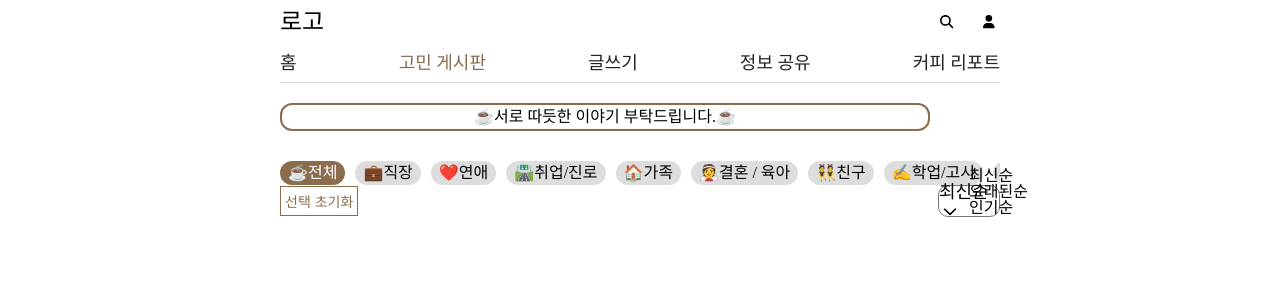
Repository: zlazlazla35/coffee
Page: /list
An editor plug-in stored every save of this project. The page is shown before and after the next save, followed by the edit.
The browser window is 1280 px wide. The pictures show the whole page.
Some web fonts or font styles are not loaded; a fallback is used. The project was rebuilt for these pictures with package versions that can differ from the ones it lists, and the page was loaded fresh each time. The framework's server and built-in components were replaced by stand-ins that run in the browser. Also part of the build but not shown: next.config.mjs.

Above is the page before, as saved 2024-12-26 18:28:27.

### src/app/layout.js
import { Geist, Geist_Mono } from "next/font/google";
import "./globals.css";
import Link from "next/link";
import { FontAwesomeIcon } from '@fortawesome/react-fontawesome'
import { faMagnifyingGlass, faUser } from '@fortawesome/free-solid-svg-icons'
import NavMenu from "./component/NavMenu";

const geistSans = Geist({
  variable: "--font-geist-sans",
  subsets: ["latin"],
});

const geistMono = Geist_Mono({
  variable: "--font-geist-mono",
  subsets: ["latin"],
});

export const metadata = {
  title: "Create Next App",
  description: "Generated by create next app",
};

export default function RootLayout({ children }) {
  return (
    <html lang="en">
      <body className={`${geistSans.variable} ${geistMono.variable}`}>
        <div className="nav_bar">
          <div className="nav_bar_top">
            <Link className="logo" href={'/'}>로고</Link>
            <div className="userBox">
              <button>
                <FontAwesomeIcon icon={faMagnifyingGlass} />
              </button>
              <button>
                <FontAwesomeIcon icon={faUser} />
              </button>
            </div>
          </div>
          <div className="nav_bar_bottom">
          <NavMenu></NavMenu>
          </div>
        </div>
        {children}
      </body>
    </html>
  );
}

### src/app/list/page.js
'use client'
import { useState } from "react"
import { FontAwesomeIcon } from '@fortawesome/react-fontawesome'
import { faChevronDown } from '@fortawesome/free-solid-svg-icons'

export default function List() {
    let [tagList, setTagList] = useState(['☕전체', '💼직장', '❤️연애', '🛣️취업/진로', '🏠가족', '👰결혼 / 육아', '👯친구', '✍️학업/고시', '🚫중독', '💰사업 / 금전', '💉질병 / 질환']);
    let [tagActive, setTagActive] = useState([true, false, false, false, false, false, false, false, false, false, false])







    return (
        <div className="liset_page">
            <div className="top_border">
                ☕서로 따듯한 이야기 부탁드립니다.☕
            </div>
            <div className="tag">
                <ul className="tag_list">
                    {
                        tagList.map((item, i) => {

                            return (
                                <li className={tagActive[i] == true ? 'on' : null} key={i} onClick={(e) => {
                                    let copy = [...tagActive];

                                    if (copy[i] == false) {
                                        copy[i] = true;
                                        setTagActive(copy);
                                    } else {
                                        copy[i] = false;
                                        setTagActive(copy);
                                    }

                                    if (e.target.innerHTML !== '☕전체') {
                                        copy[0] = false;
                                        setTagActive(copy);
                                    } else {
                                        let copy2 = [true, false, false, false, false, false, false, false, false, false, false];
                                        setTagActive(copy2);
                                    }
                                }} >{item}</li>
                            )
                        })
                    }
                </ul>
            </div>
            <div className="filterBox">
                <button className="tag_reset">선택 초기화</button>
                <div className="filterSelectBox">
                    <h2 className="title">최신순<FontAwesomeIcon icon={faChevronDown} /></h2>
                    <ul className="filterSelect">
                        <li>최신순</li>
                        <li>오래된순</li>
                        <li>인기순</li>
                    </ul>
                </div>
            </div>
        </div>
    )
}

//

### src/app/globals.css
@font-face {
    font-family: 'Ownglyph_StudyHard-Rg';
    src: url('https://fastly.jsdelivr.net/gh/projectnoonnu/2411-3@1.0/Ownglyph_StudyHard-Rg.woff2') format('woff2');
    font-weight: normal;
    font-style: normal;
}
/* /styles/reset.css */
body {font-family: 'Ownglyph_StudyHard-Rg' !important;}
html, body, div, span, applet, object, iframe,
h1, h2, h3, h4, h5, h6, p, blockquote, pre,
a, abbr, acronym, address, big, cite, code,
del, dfn, em, img, ins, kbd, q, s, samp,
small, strike, strong, sub, sup, tt, var,
b, u, i, center,
dl, dt, dd, ol, ul, li,
fieldset, form, label, legend,
table, caption, tbody, tfoot, thead, tr, th, td,
article, aside, canvas, details, embed,
figure, figcaption, footer, header, hgroup,
menu, nav, output, ruby, section, summary,
time, mark, audio, video {
	margin: 0;
	padding: 0;
	border: 0;
	font-size: 100%;
	font: inherit;
	vertical-align: baseline;
}
/* HTML5 display-role reset for older browsers */
article, aside, details, figcaption, figure,
footer, header, hgroup, menu, nav, section {
	display: block;
}
body {
	line-height: 1;
}
ol, ul {
	list-style: none;
}
blockquote, q {
	quotes: none;
}
blockquote:before, blockquote:after,
q:before, q:after {
	content: '';
	content: none;
}
table {
	border-collapse: collapse;
	border-spacing: 0;
}
input:focus {outline: none;}
a {text-decoration: none; color: inherit;}


.nav_bar {width: 100%; max-width: 720px; margin: 0 auto;}
.nav_bar .nav_bar_top {width: 100%; display: flex; align-items: center; justify-content: space-between; box-sizing: border-box; padding: 10px 0; }
.nav_bar .nav_bar_top .logo {font-size: 24px; }
.nav_bar .nav_bar_top .userBox {display: flex; align-items: center;}
.nav_bar .nav_bar_top .userBox button {width: 22px; display: block; background: none; border: none; padding: 0;}
.nav_bar .nav_bar_top .userBox button {margin-right: 20px;}
.nav_bar .nav_bar_top .userBox button:last-child {margin-right: 0;}
.nav_bar .nav_bar_bottom {width: 100%; }
.nav_bar .nav_bar_bottom .nav_list {display: flex; align-items: center; justify-content: space-between; box-sizing: border-box; padding: 10px 0; border-bottom: 1px solid #ddd;}
.nav_bar .nav_bar_bottom .nav_list li { font-size: 18px; color: #232323; }
.nav_bar .nav_bar_bottom .nav_list li a.active {color: #8b6d4e; }


.liset_page {width: 100%; max-width: 720px; margin: 0 auto;}
.liset_page .top_border {width: 100%; max-width: 650px; border: 2px solid #8b6d4e; border-radius: 12px; display: flex; align-items: center; justify-content: center; font-size: 16px; box-sizing: border-box; padding: 4px; margin: 20px 0 30px;}
.liset_page .tag {width: 100%;}
.liset_page .tag .tag_list {width: 100%; display: flex; align-items: center; white-space: nowrap; overflow-x: scroll;}
.liset_page .tag .tag_list::-webkit-scrollbar {height: 8px;}
.liset_page .tag .tag_list::-webkit-scrollbar-thumb {background: #a89f96; border-radius: 10px; }
.liset_page .tag .tag_list::-webkit-scrollbar-track {background: rgba(123, 87, 8, 0.1); }
.liset_page .tag .tag_list li {background: #ddd; font-size: 16px; box-sizing: border-box; padding: 4px 8px; border-radius: 12px; margin-right: 10px; cursor: pointer;}
.liset_page .tag .tag_list li:last-child {margin-right: 0;}
.liset_page .tag .tag_list li.on {background: #8b6d4e; color: #fff;}
.liset_page .filterBox {width: 100%; display: flex; align-items: center; justify-content: space-between;}
.liset_page .filterBox .filterSelectBox {display: flex; position: relative; border: 1px solid #787878; border-radius: 10px; width: 100%; max-width: 60px; height: 30px; align-items: center; justify-content: center;}
.liset_page .filterBox .filterSelectBox .title {font-size: 18px;}
.liset_page .filterBox .filterSelectBox .title svg {font-size: 14px; margin-left: 4px;}
.liset_page .filterBox .filterSelectBox .filterSelect {position: absolute; left: 50%; bottom: 0; width: 100%;}

.liset_page .filterBox .tag_reset{display: inline-block; box-sizing: border-box; padding: 4px; border: 1px solid #8b6d4e; background: none; color: #8b6d4e; font-size: 14px; }

### src/app/component/NavMenu.js
'use client'

import Link from "next/link";
import { usePathname } from "next/navigation";

export default function NavMenu() {
    const pathname = usePathname();

    return (
        <ul className="nav_list">
            <li>
                <Link href={'/'}>홈</Link>
            </li>
            <li>
                <Link className={pathname == '/list'? 'active' : null} href={'/list'}>고민 게시판</Link>
            </li>
            <li>
                <Link className={pathname == '/writing'? 'active' : null} href={'/writing'}>글쓰기</Link>
            </li>
            <li>
                <Link className={pathname == '/share'? 'active' : null} href={'/share'}>정보 공유</Link>
            </li>
            <li>
                <Link className={pathname == '/report'? 'active' : null} href={'/report'}>커피 리포트</Link>
            </li>
        </ul>
    )
}

After the next save:
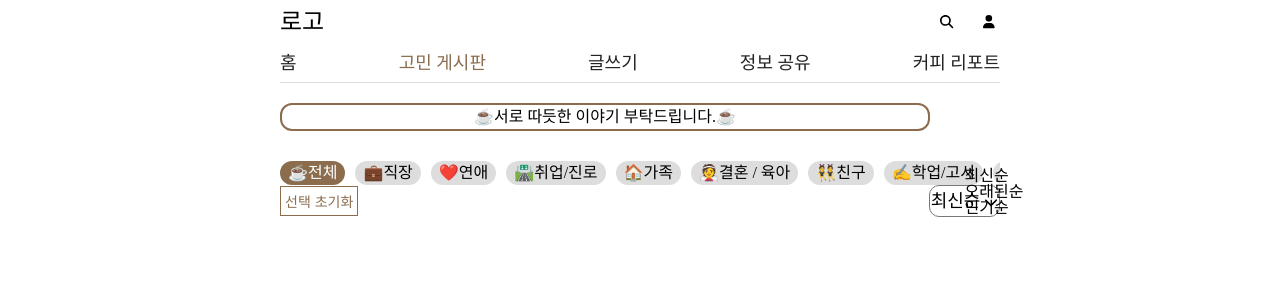
Saved 11 s later.
--- a/src/app/globals.css
+++ b/src/app/globals.css
@@ -77,7 +77,7 @@ a {text-decoration: none; color: inherit;}
 .liset_page .tag .tag_list li:last-child {margin-right: 0;}
 .liset_page .tag .tag_list li.on {background: #8b6d4e; color: #fff;}
 .liset_page .filterBox {width: 100%; display: flex; align-items: center; justify-content: space-between;}
-.liset_page .filterBox .filterSelectBox {display: flex; position: relative; border: 1px solid #787878; border-radius: 10px; width: 100%; max-width: 60px; height: 30px; align-items: center; justify-content: center;}
+.liset_page .filterBox .filterSelectBox {display: flex; position: relative; border: 1px solid #787878; border-radius: 10px; width: 100%; max-width: 69px; height: 30px; align-items: center; justify-content: center;}
 .liset_page .filterBox .filterSelectBox .title {font-size: 18px;}
 .liset_page .filterBox .filterSelectBox .title svg {font-size: 14px; margin-left: 4px;}
 .liset_page .filterBox .filterSelectBox .filterSelect {position: absolute; left: 50%; bottom: 0; width: 100%;}
